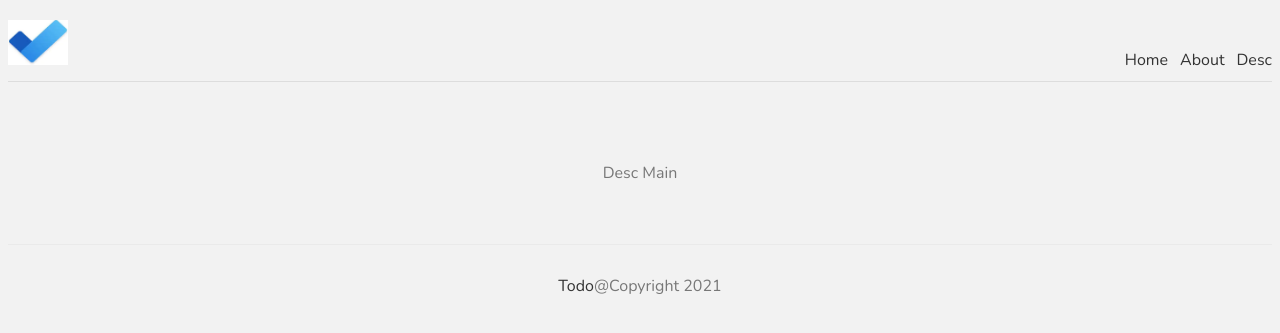
Repository: AmulyaReddy99/todolist-nextjs
Page: /desc
These files come from the project's save history. The page is drawn as it stood at one moment and after the next save; the edit follows.
The browser window is 1280 px wide. The pictures show the whole page.
The project was rebuilt for these pictures with package versions that can differ from the ones it lists, and the page was loaded fresh each time. The framework's server and built-in components were replaced by stand-ins that run in the browser. Also part of the build but not shown: next.config.js.

Above is the page before, as saved 2021-07-26 15:10:39.

### pages/_app.js
import Layout from '../comps/layout'
import '../styles/globals.css'

function MyApp({ Component, pageProps }) {
  return (
    <Layout>
      <Component {...pageProps}/>
    </Layout>
  )
}

export default MyApp

### pages/desc/index.js
import styles from '../../styles/Home.module.css'

const Main = () => {
    return (
        <div className={styles.text}>
            Desc Main
        </div>
    );
}

export default Main;

### comps/layout.js
import Footer from "./footer"
import Header from "./header"

const Layout = ({ children }) => {
    return (
        <div>
            <Header/>
            { children }
            <Footer/>
        </div>
    );
}

export default Layout;

### styles/Home.module.css
.title {
  color: #333;
  padding-bottom: 20px;
  text-align: center;
}
.text {
  text-align: center;
  color: #777;
}
.btn {
  display: block;
  width: 150px;
  padding: 8px 0;
  margin: 20px auto;
  background: #4979ff;
  border-radius: 4px;
  color: white;
  text-align: center;
}

### comps/footer.js
import Link from "next/link";

const Footer = () => {
    return (
        <footer>
            <Link href="/">Todo</Link>
            @Copyright 2021
        </footer>
    );
}

export default Footer;

### comps/header.js
import Link from 'next/link'
import Image from 'next/image'

const Header = () => {
    return (
        <div>
            <nav>
                <div className="logo">
                    <Image src="/logo.png" width={60} height={45} />
                </div>
                <Link href="/">Home</Link>
                <Link href="/about">About</Link>
                <Link href="/desc">Desc</Link>
            </nav>
        </div>
    );
}

export default Header;

Loaded but not shown: styles/globals.css (common file)

After the next save:
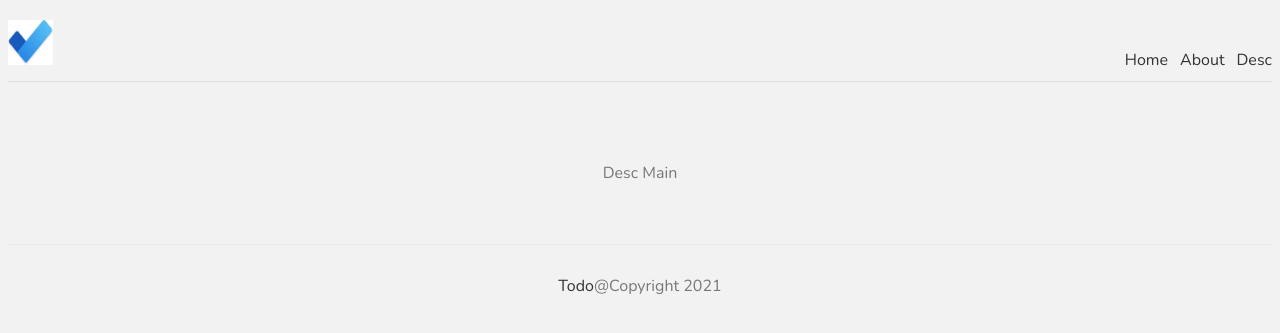
Saved 8 s later.
--- a/comps/header.js
+++ b/comps/header.js
@@ -6,7 +6,7 @@
         <div>
             <nav>
                 <div className="logo">
-                    <Image src="/logo.png" width={60} height={45} />
+                    <Image src="/logo.png" width={45} height={45} />
                 </div>
                 <Link href="/">Home</Link>
                 <Link href="/about">About</Link>
